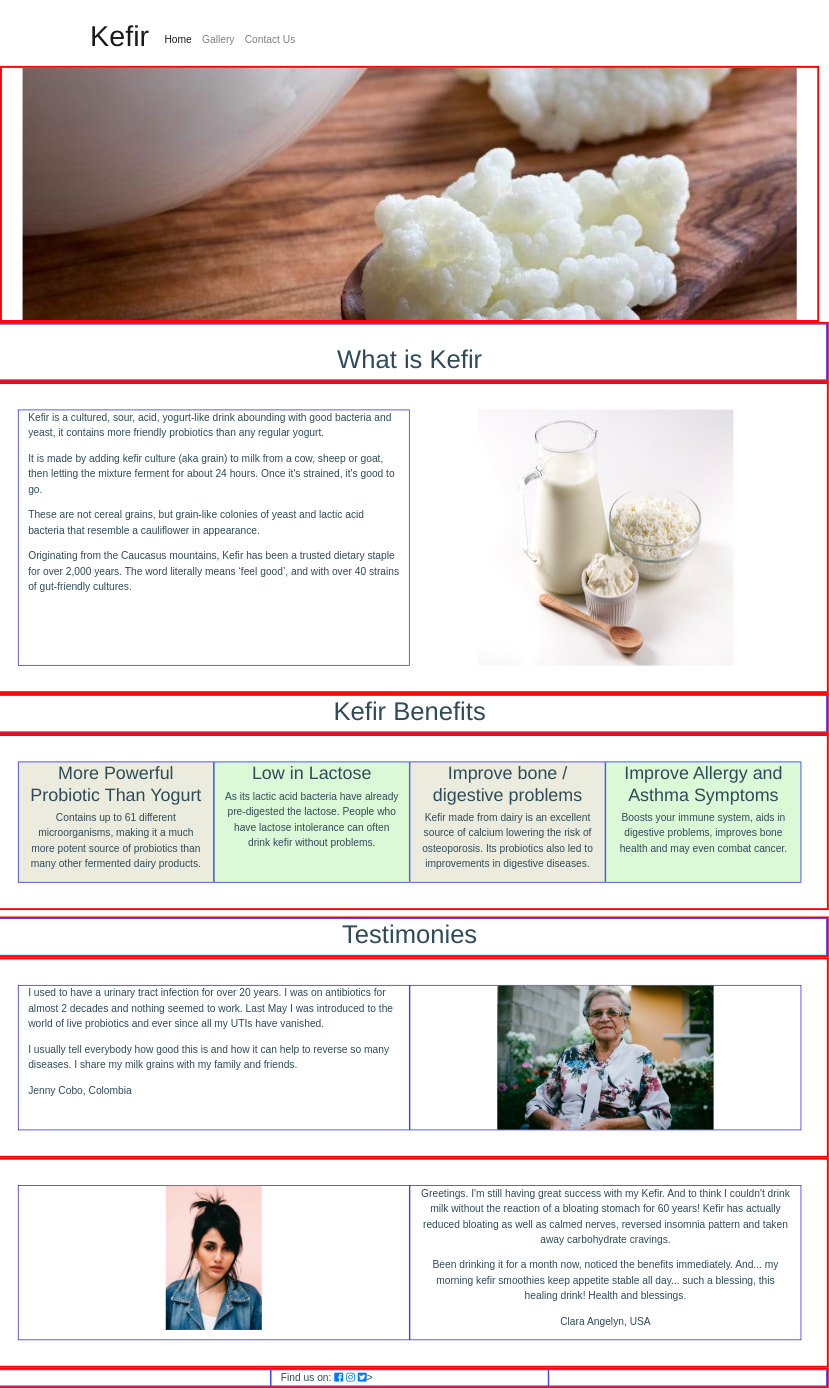
Repository: Code-Institute-Submissions/andna5980-kefir-repo_JuneResub
Page: index.html
These files come from the project's save history. The page is drawn as it stood at one moment and after the next save; the edit follows.
The browser window is 1280 px wide. The page is 1295 px wide, so the pictures cover 1295 px, including what lies to the right of the window. The pictures show the whole page, at 64% of full size.
Some web fonts or font styles are not loaded; a fallback is used. Some web libraries are served in a nearby version.

Above is the page before, as saved 2021-03-01 23:27:22.

### index.html
<!DOCTYPE html>
<html lang="en-US">

<head>
  <meta charset="UTF-8">
  <meta name="viewport" content="width=device-width, initial-scale=1.0">
  <meta name="author" content="Andres Navarrete">
  <meta name="description"
    content="Kefir, meet the power of nature. Bring the right knowledge and the best recipes from mother nature">
  <meta name="keywords" content="Kefir, recipes, natural-products, home-made, organic, healthy">
  <title>KEFIR | MEET THE POWER OF NATURE</title>
  <link rel="stylesheet" href="https://cdn.jsdelivr.net/npm/bootstrap@4.5.3/dist/css/bootstrap.min.css"
    integrity="sha384-TX8t27EcRE3e/ihU7zmQxVncDAy5uIKz4rEkgIXeMed4M0jlfIDPvg6uqKI2xXr2" crossorigin="anonymous">
  <link rel="stylesheet" href="https://use.fontawesome.com/releases/v5.6.3/css/all.css"
    integrity="sha384-UHRtZLI+pbxtHCWp1t77Bi1L4ZtiqrqD80Kn4Z8NTSRyMA2Fd33n5dQ8lWUE00s/" crossorigin="anonymous">
  <link href="./assets/styles/style.css" rel="stylesheet">
</head>

<body>
  <!--------------------Main-Header-------------------------------------->
  <header>
    <nav class="navbar navbar-expand-md navbar-light">
      <a class="navbar-brand" href="#">Kefir</a>
      <button class="navbar-toggler" type="button" data-toggle="collapse" data-target="#navbarNav"
        aria-controls="navbarNav" aria-expanded="false" aria-label="Toggle navigation">
        <span class="navbar-toggler-icon"></span>
      </button>
      <div class="collapse navbar-collapse" id="navbarNav">
        <ul class="navbar-nav">
          <li class="nav-item active">
            <a class="nav-link" href="#">Home <span class="sr-only">(current)</span></a>
          </li>
          <li class="nav-item">
            <a class="nav-link" href="#">Gallery</a>
          </li>
          <li class="nav-item">
            <a class="nav-link" href="#">Contact Us</a>
          </li>

        </ul>
      </div>
    </nav>
  </header>

  <!--------------------Hero-IMAGE--------------------- ----------------->

  <div class="test-red container-hero">
    <div class="hero-image col-12"></div>
  </div>


  <!--------------------What-is-kefir-------------------------------------->

  <section>
    <div class="test-red row">
      <div class="welcome-text test-blue col-12">
        <h1>What is Kefir</h1>
      </div>
    </div>

    <div class="kefir-description test-red row">
      <div class="test-blue col-12 col-sm-6 ">
        <p>Kefir is a cultured, sour, acid, yogurt-like drink abounding with good bacteria and yeast, it contains
          more friendly probiotics than any regular yogurt.</p>
        <p>It is made by adding kefir culture (aka grain) to milk from a cow, sheep or goat, then letting the
          mixture ferment for about 24 hours. Once it's strained, it's good to go.</p>
        <p>These are not cereal grains, but grain-like colonies of yeast and lactic acid bacteria that resemble a
          cauliflower in appearance.</p>
        <p>Originating from the Caucasus mountains, Kefir has been a trusted dietary staple for over 2,000 years.
          The word literally means ‘feel good’, and with over 40 strains of gut-friendly cultures.</p>
      </div>

      <div class="col-12 col-sm-6 ">
        <div class="kefir-description-image">
          <img src="./assets/images/milk-products-dairy.jpg" alt="diferent-kefir-derivates" height="400" width="400">
        </div>
      </div>
    </div>

  </section>


  <!--------------------Kefir-benefits-------------------------------------->

  <section class="benefits-title">
    <div class="test-red row ">
      <div class=" test-blue col-12">
        <h1>Kefir Benefits</h1>
      </div>
    </div>

    <div class="test-red row benefits-row">
      <div class="test-blue benefits-box1 col-12 col-sm-6 col-md-3">
        <h3>More Powerful Probiotic Than Yogurt</h3>
        <p>Contains up to 61 different microorganisms, making it a much
          more potent source of probiotics than many other fermented dairy products.
        </p>
      </div>
      <div class="test-blue benefits-box col-12 col-sm-6 col-md-3">
        <h3>Low in Lactose </h3>
        <p>As its lactic
          acid bacteria have already pre-digested the lactose. People who have lactose
          intolerance can often drink kefir without problems.
        </p>

      </div>
      <div class="test-blue benefits-box1 col-12 col-sm-6 col-md-3">
        <h3>Improve bone / digestive problems </h3>
        <p>Kefir made from dairy is an excellent source of calcium lowering the risk of osteoporosis. Its probiotics
          also led to improvements in digestive diseases.
        </p>
      </div>
      <div class="test-blue benefits-box col-12 col-sm-6 col-md-3">
        <h3>Improve Allergy and Asthma Symptoms</h3>
        <p>Boosts your immune system, aids in digestive problems, improves bone health and may even combat cancer.
        </p>
      </div>
    </div>
  </section>

  <!--------------------Testimonies-------------------------------------->

  <section>
    <div class="testimonies-title test-red row">
      <div class=" test-blue col-12">
        <h1>Testimonies</h1>
      </div>
    </div>

    <div class=" test-red testimony-box row">
      <div class="test-blue  col-12 col-sm-6">
        <p>I used to have a urinary tract infection for over 20 years. I was on antibiotics for almost 2 decades and
          nothing seemed to work. Last May I was introduced to the world of live probiotics and ever since all my
          UTIs have vanished.</p>
        <p>I usually tell everybody how good this is and how it can help to reverse so many diseases. I share my
          milk grains with my family and friends.</p>
        <p>Jenny Cobo, Colombia</p>
      </div>

      <div class="test-blue col-12 col-sm-6">
        <div class="testimony-image">
          <img src="./assets/images/damir-bosnjak-VQ2L7t5qt_8-unsplash-min.jpg" alt="old-woman" height="225">
        </div>
      </div>
    </div>

    <div class="test-red testimony-box row flex-column-reverse flex-sm-row testimony-image">
      <div class="test-blue col-12 col-sm-6 col.order-1.order-xs-2">
        <img src="./assets/images/matheus-ferrero-W7b3eDUb_2I-unsplash.jpg" alt="young-woman" height="225">
      </div>

      <div class="test-blue col-12 col-sm-6 ">
        <p>Greetings. I'm still having great success with my Kefir. And to think I couldn't drink milk without the
          reaction of a bloating stomach for 60 years! Kefir has actually reduced bloating as well as calmed
          nerves, reversed insomnia pattern and taken away carbohydrate cravings.</p>
        <p> Been drinking it for a month now, noticed the benefits immediately. And... my morning kefir smoothies
          keep appetite stable all day... such a blessing, this healing drink! Health and blessings.</p>
        <p>Clara Angelyn, USA</p>
      </div>


    </div>
  </section>

</body>

<footer>
  <div class="test-red row">
    <div class="test-blue col-4 "></div>
    <div class="test-blue col-4">
      <span>Find us on:</span>
      <a href="http://facebook.com" target="_blank"><i class="fab fa-facebook-square"></i></a>

      <a href="http://instagram.com" target="_blank"><i class="fab fa-instagram"></i></a>

      <a href="http://twitter.com" target="_blank"><i class="fab fa-twitter-square"></i></a>>
    </div>
    <div class="test-blue col-4"></div>
  </div>
</footer>
<!--
<nav class="navbar fixed-bottom navbar-light bg-light">
  <div class="container-fluid">
    <a class="navbar-brand" href="#">Fixed bottom</a>
  </div>
</nav> -->









<script src="https://code.jquery.com/jquery-3.2.1.slim.min.js"
  integrity="sha384-KJ3o2DKtIkvYIK3UENzmM7KCkRr/rE9/Qpg6aAZGJwFDMVNA/GpGFF93hXpG5KkN" crossorigin="anonymous"></script>
<script src="https://cdnjs.cloudflare.com/ajax/libs/popper.js/1.12.9/umd/popper.min.js"
  integrity="sha384-ApNbgh9B+Y1QKtv3Rn7W3mgPxhU9K/ScQsAP7hUibX39j7fakFPskvXusvfa0b4Q" crossorigin="anonymous"></script>
<script src="https://maxcdn.bootstrapcdn.com/bootstrap/4.0.0/js/bootstrap.min.js"
  integrity="sha384-JZR6Spejh4U02d8jOt6vLEHfe/JQGiRRSQQxSfFWpi1MquVdAyjUar5+76PVCmYl" crossorigin="anonymous"></script>

</html>

### assets/styles/style.css
@import url('https://fonts.googleapis.com/css2?family=Amatic+SC&family=Caveat+Brush&display=swap');

/*.container {
    margin: 15px;
}
*/

body {
    font-family: Arial, Helvetica, sans-serif;
    color: #2F4B58;
    max-width: 1500px;
}

h1, h2, h3 {
    font-family:  Caveat Brush, Helvetica, sans-serif;
    color: #2F4B58;
}


/*----------------------BORDER ROWS AND COLUMNS----------*/

.test-red {
    border: 3px solid red
}

.test-blue {
    border:1px solid blue
}


/*-----------------------Header ----------*/

.navbar-brand {
    float: left;
    color: #2F4B58;
    font-family:  Caveat Brush, Helvetica, sans-serif;
    font-size: 280%;
    margin-left: 10%;
    margin-top: 10px;
}

.navbar-nav {
    float: right;
}

.navbar-nav li a{
    margin-top: 20px;
    color: #2F4B58;
}


.navbar-toggler {
    border: 2px solid #2F4B58;
    color: #2F4B58;
}

/*
.navbar-toggler.icon{

}
*/





.menu a {
    text-decoration: none;
    color: #2F4B58;
}

.menu  {
list-style-type: none;
margin-right: 5%;
margin-top: 30px; /* CHAPUZA  */
word-spacing: 5px;
}

.menu ul {
    float:right;
    margin-left: 10px;
}

.menu li {
    list-style-type: none;
    display: inline-flex;
}


/*-----------------------Hero-image ----------*/

.container-hero {
    height: 400px;
    overflow: hidden;
}

.hero-image {
    height: 400px;
    width: 100%;
    background: url(../images/milk-kefir-grains-spoon_1024x1024.jpg) no-repeat center;
    animation-name: hero-zoom;
    animation-duration: 4s;
    animation-fill-mode: forwards;
}

/*------Animation of the Hero image-------*/

@keyframes hero-zoom {
    from{
        transform: scale(1);
    }
    to{
        transform: scale(1.2);
    }
}

/*-----------------------What-is-kefir-are----------*/

.welcome-text {
    text-align: center;
    margin: 25px, 0;
    padding-top: 30px;
}

.kefir-description{
    padding: 40px;
}

.kefir-description-image {
    /* background-size: 600px; */
    text-align: center;
}


/*-----------------------kefir-benefits-area----------*/

.benefits-title {
    text-align: center;
    margin: 30px, 0;

}

.benefits-row {
    padding: 40px;
    color: #2F4B58;

}

.benefits-box1 {
    background-color: #ECECDE;
}
.benefits-box {
    background-color: #DCF9D7;
}



/*-----------------------testimonies----------*/
.testimonies-title {
    text-align: center;
    margin: 25px, 0;
    margin-top: 10px;
}

.testimony-image{
    background-size: 600px;
    text-align: center;
}

.testimony-box{
    padding: 40px;
}

After the next save:
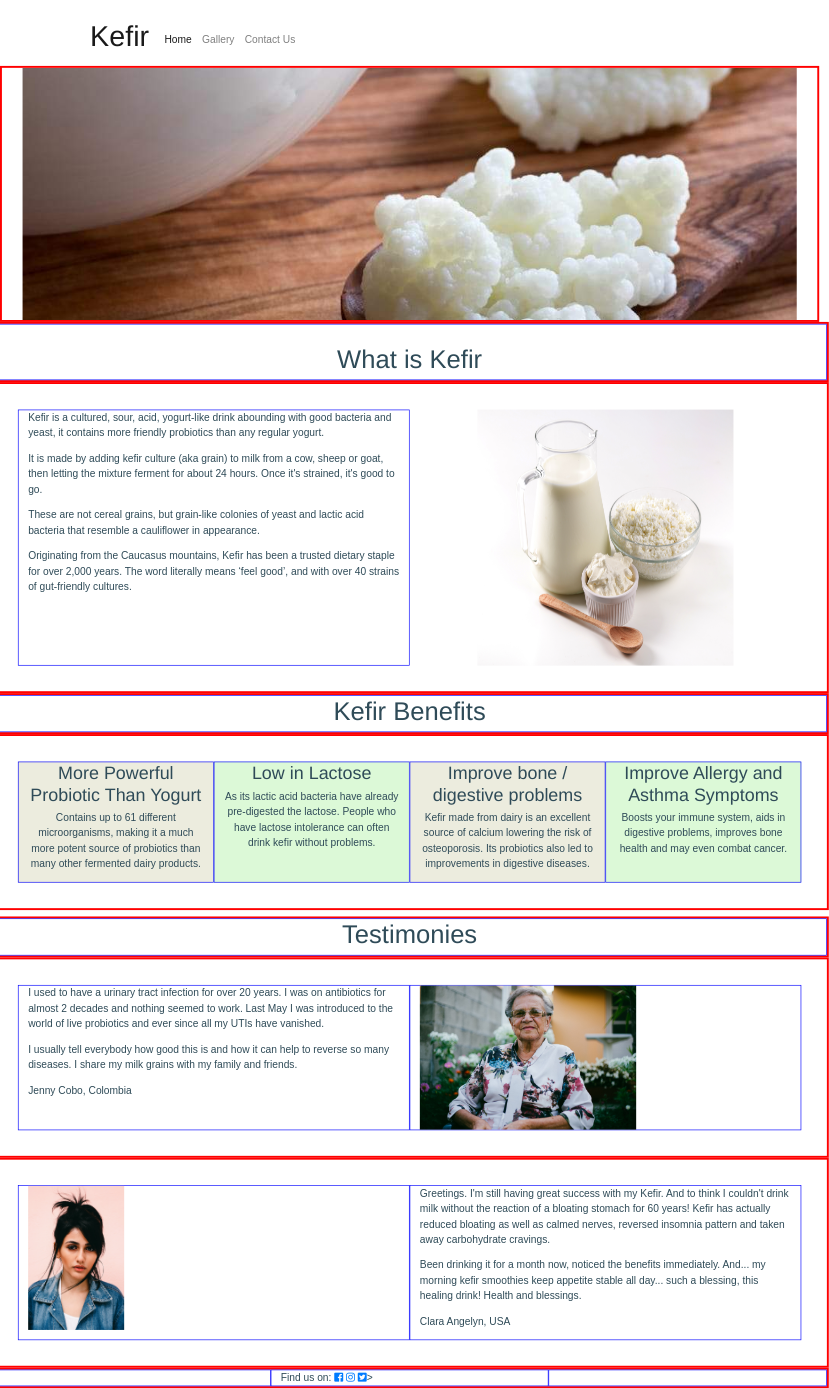
Saved 31 s later.
--- a/assets/styles/style.css
+++ b/assets/styles/style.css
@@ -162,7 +162,7 @@
     margin-top: 10px;
 }
 
-.testimony-image{
+.testimony-image img{
     background-size: 600px;
     text-align: center;
 }

After the save that followed:
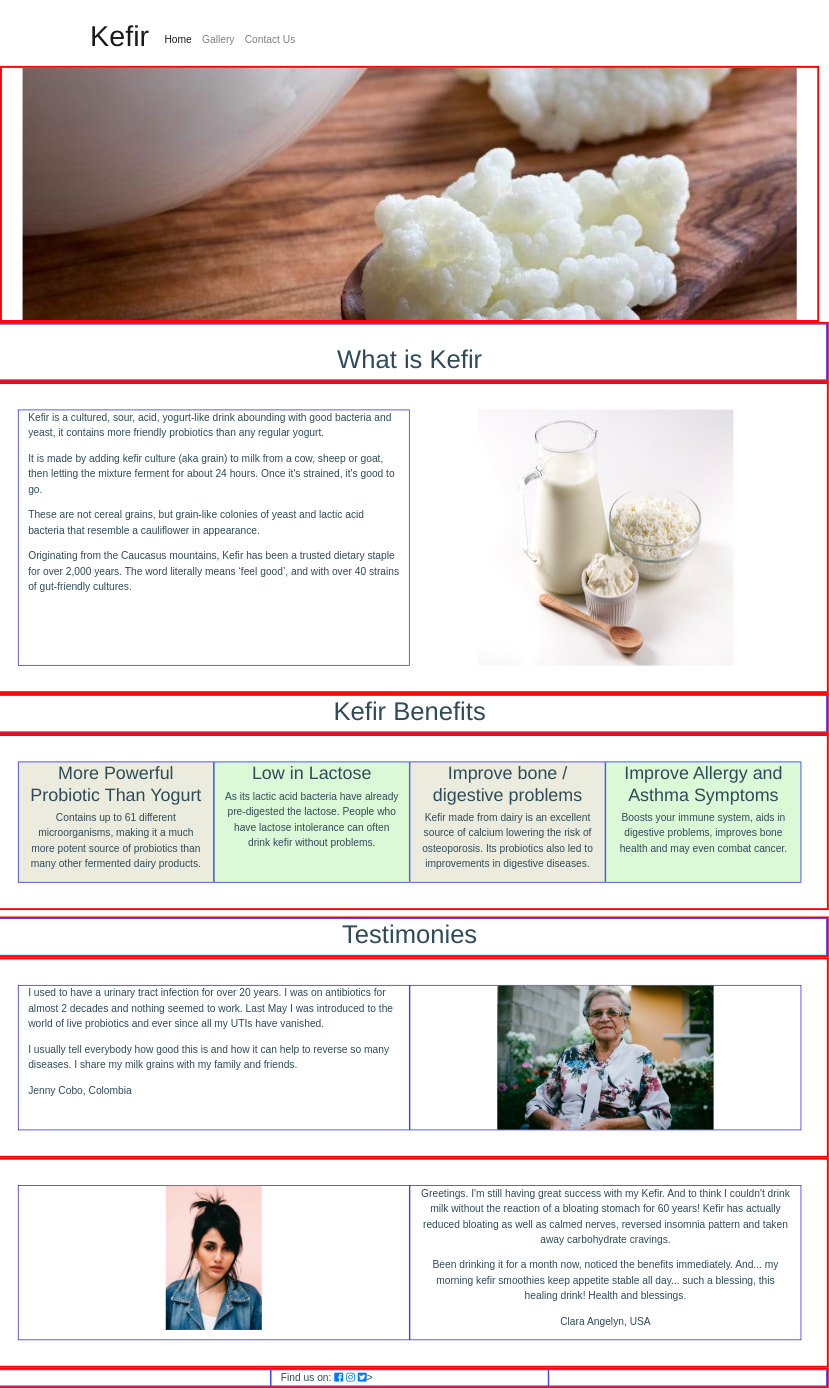
Saved 16 s later.
--- a/assets/styles/style.css
+++ b/assets/styles/style.css
@@ -162,7 +162,7 @@
     margin-top: 10px;
 }
 
-.testimony-image img{
+.testimony-image {
     background-size: 600px;
     text-align: center;
 }
